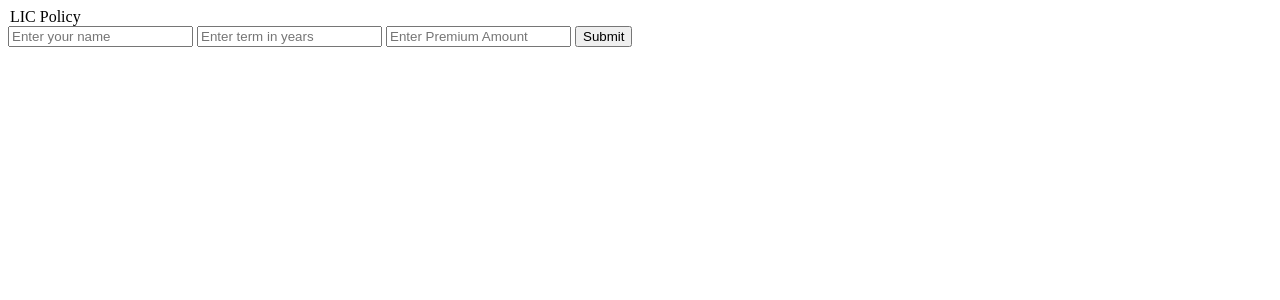
Repository: Solankinikhil/DailyWork
Page: eclipse-workspace/Demo/WebContent/licpolicy.html
The author's editor kept a copy of each file at every save. The page is drawn from the files as they stood at one save, then again after the next save.
The browser window is 1280 px wide. The pictures show the whole page.

Above is the page before, as saved 2020-03-06 08:56:05.

### eclipse-workspace/Demo/WebContent/licpolicy.html
<!DOCTYPE html>
<html>
<head>
<meta charset="ISO-8859-1">
<title>Insert title here</title>
</head>
<body>
	<feildset> <legend>LIC Policy</legend>
	<form action="SourceServlet">

		<input type="text" name="customerName" placeholder="Enter your name" />
		<input type="text" name="term" placeholder="Enter term in years" /> <input
			type="text" name="premium" placeholder="Enter Premium Amount" /> <input
			type="submit" value="Submit" />

	</form>
	</feildset>
</body>
</html>

After the next save:
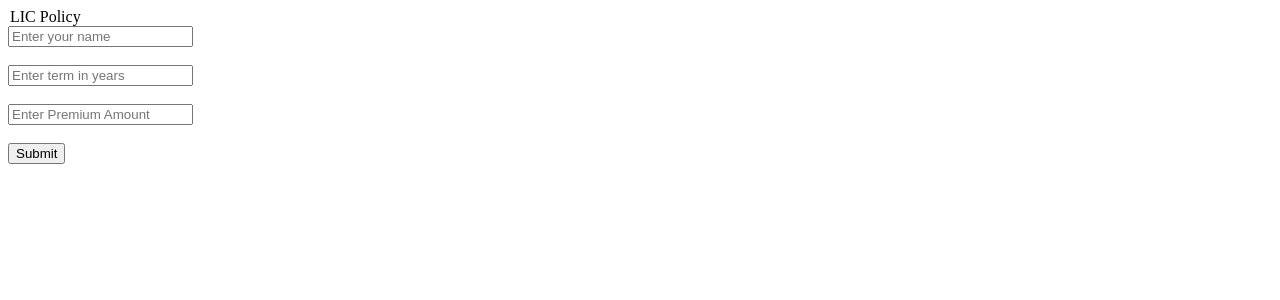
Saved 2 min 0 s later.
--- a/eclipse-workspace/Demo/WebContent/licpolicy.html
+++ b/eclipse-workspace/Demo/WebContent/licpolicy.html
@@ -8,10 +8,10 @@
 	<feildset> <legend>LIC Policy</legend>
 	<form action="SourceServlet">
 
-		<input type="text" name="customerName" placeholder="Enter your name" />
-		<input type="text" name="term" placeholder="Enter term in years" /> <input
-			type="text" name="premium" placeholder="Enter Premium Amount" /> <input
-			type="submit" value="Submit" />
+		<input type="text" name="customerName" placeholder="Enter your name" /><br><br>
+		<input type="text" name="term" placeholder="Enter term in years" /><br><br>
+		<input type="text" name="premium" placeholder="Enter Premium Amount" /><br><br>
+		<input type="submit" value="Submit" />
 
 	</form>
 	</feildset>
